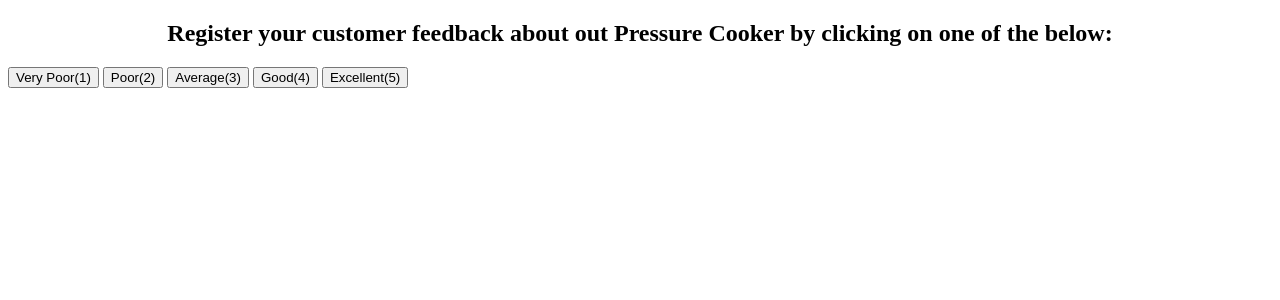
Repository: isaurabhkr/Spring-JavaCourse-101
Page: Spring/WP/GoodsteamProject/WebContent/input.html
The author's editor kept a copy of each file at every save. The page is drawn from the files as they stood at one save, then again after the next save.
The browser window is 1280 px wide. The pictures show the whole page.

Above is the page before, as saved 2019-08-06 06:25:50.

After the next save:
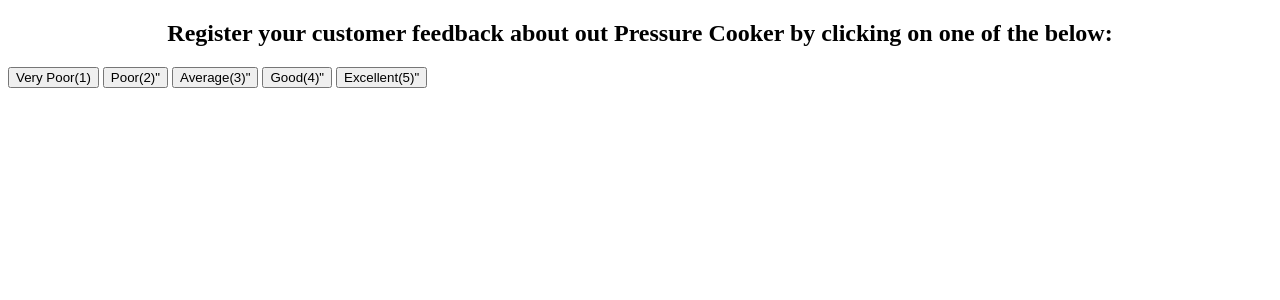
Saved 2 min 36 s later.
--- a/Spring/WP/GoodsteamProject/WebContent/input.html
+++ b/Spring/WP/GoodsteamProject/WebContent/input.html
@@ -7,11 +7,11 @@
 <body>
 <h2 align ="center"> Register your customer feedback about out Pressure Cooker by clicking on one of the below:</h2>
 
-<button type="button">Very Poor(1)</button>
-<button type="button">Poor(2)</button>
-<button type="button">Average(3)</button>
-<button type="button">Good(4)</button>
-<button type="button">Excellent(5)</button>
+<input type=submit value="Very Poor(1)">
+<input type=submit value=Poor(2)">
+<input type=submit value=Average(3)">
+<input type=submit value=Good(4)">
+<input type=submit value=Excellent(5)">
 
 </body>
 </html>

After the save that followed:
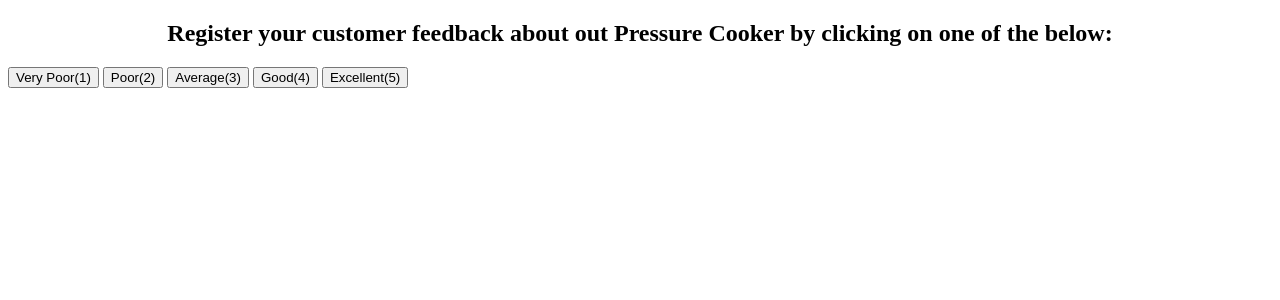
Saved 25 s later.
--- a/Spring/WP/GoodsteamProject/WebContent/input.html
+++ b/Spring/WP/GoodsteamProject/WebContent/input.html
@@ -8,10 +8,10 @@
 <h2 align ="center"> Register your customer feedback about out Pressure Cooker by clicking on one of the below:</h2>
 
 <input type=submit value="Very Poor(1)">
-<input type=submit value=Poor(2)">
-<input type=submit value=Average(3)">
-<input type=submit value=Good(4)">
-<input type=submit value=Excellent(5)">
+<input type=submit value="Poor(2)">
+<input type=submit value="Average(3)">
+<input type=submit value="Good(4)">
+<input type=submit value="Excellent(5)">
 
 </body>
 </html>
